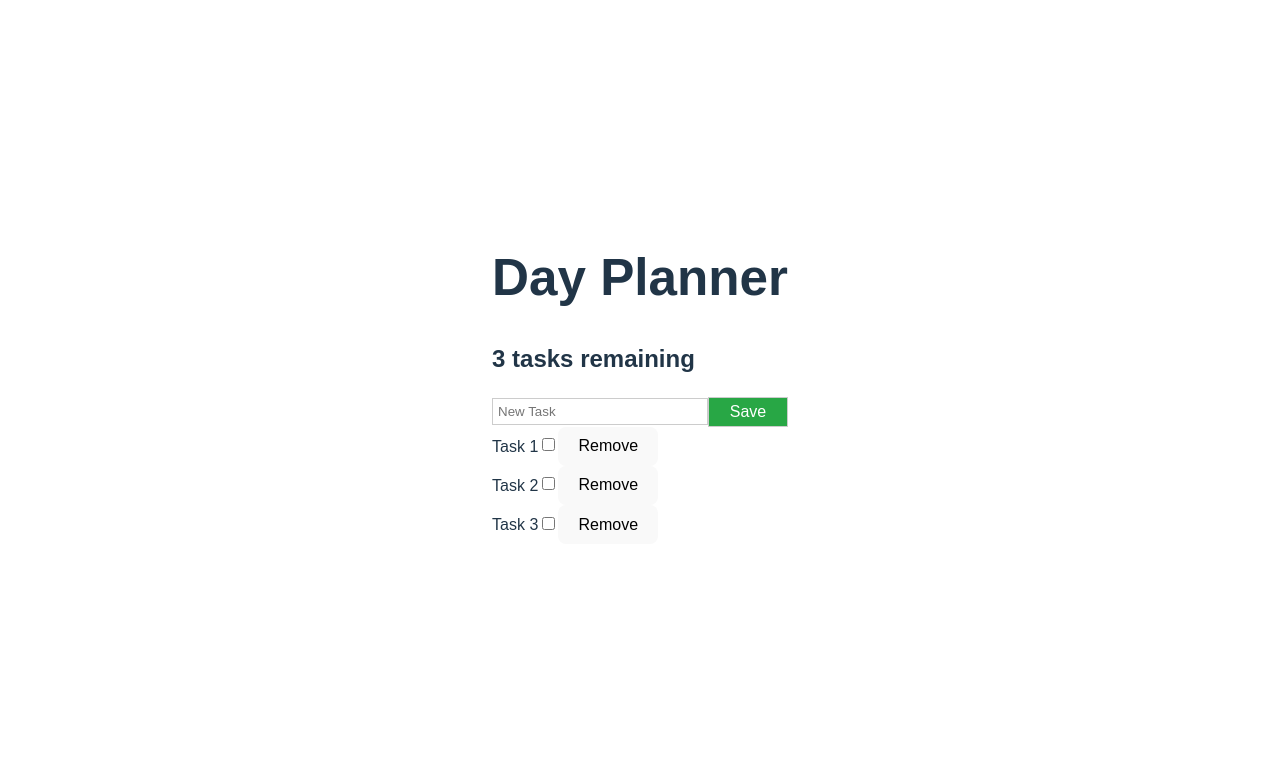
Repository: GavinPahal/lab5
Page: /
An editor plug-in stored every save of this project. The page is shown before and after the next save, followed by the edit.
The browser window is 1280 px wide. The pictures show the whole page.
The project was rebuilt for these pictures with package versions that can differ from the ones it lists, and the page was loaded fresh each time. Also part of the build but not shown: vite.config.js.

Above is the page before, as saved 2024-10-11 18:05:58.

### src/App.jsx
// src/App.jsx
import React, { useState } from 'react';
import Header from '../components/Header';
import TaskForm from '../components/TaskForm';
import TaskList from '../components/TaskList';
import './App.css';

function App() {
  const [tasks, setTasks] = useState([
    { id: 1, name: "Task 1", isCompleted: false },
    { id: 2, name: "Task 2", isCompleted: false },
    { id: 3, name: "Task 3", isCompleted: false },
  ]);

  const addTask = (name) => {
    setTasks([...tasks, { id: Date.now(), name, isCompleted: false }]);
  };

  const toggleComplete = (id) => {
    setTasks(
      tasks.map((task) =>
        task.id === id ? { ...task, isCompleted: !task.isCompleted } : task
      )
    );
  };

  const deleteTask = (id) => {
    setTasks(tasks.filter((task) => task.id !== id));
  };

  const pendingTasksCount = tasks.filter((task) => !task.isCompleted).length;

  return (
    <div className="app">
      <Header pendingTasksCount={pendingTasksCount} />
      <TaskForm addTask={addTask} />
      <TaskList
        tasks={tasks}
        toggleComplete={toggleComplete}
        deleteTask={deleteTask}
      />
    </div>
  );
}

export default App;

### components/Header.jsx
// components/Header.jsx
import React from 'react';

function Header({ pendingTasksCount }) {
  return (
    <header>
      <h1>Day Planner</h1>
      <h2>{pendingTasksCount} tasks remaining</h2>
    </header>
  );
}

export default Header;

### components/TaskForm.jsx
// components/TaskForm.jsx
import React, { useState } from 'react';

function TaskForm({ addTask }) {
  const [taskName, setTaskName] = useState('');

  const handleSubmit = (e) => {
    e.preventDefault();
    if (taskName.trim() !== '') {
      addTask(taskName);
      setTaskName('');
    }
  };

  return (
    <form onSubmit={handleSubmit} style={{ display: 'flex', alignItems: 'center', width: '100%' }}>
      <input
        type="text"
        placeholder="New Task"
        value={taskName}
        onChange={(e) => setTaskName(e.target.value)}
        style={{
          flex: 1, // Take remaining space
          marginRight: '0', // No margin to make button flush with input
          padding: '5px', // Padding for input
          borderRadius: '0', // No rounded edges
          border: '1px solid #ccc', // Light border for visibility
        }}
      />
      <button type="submit" className="save" style={{ padding: '5px', borderRadius: '0' }}>
        Save
      </button>
    </form>
  );
}

export default TaskForm;

### components/TaskList.jsx
// components/TaskList.jsx
import React from 'react';
import Task from './Task';

function TaskList({ tasks, toggleComplete, deleteTask }) {
  return (
    <div>
      {tasks.map((task) => (
        <Task
          key={task.id}
          task={task}
          toggleComplete={toggleComplete}
          deleteTask={deleteTask}
        />
      ))}
    </div>
  );
}

export default TaskList;

### src/App.css
/* src/App.css */
body {
  font-family: sans-serif;
  margin: 0;
  padding: 20px;
  display: flex; /* Use Flexbox for centering */
  justify-content: center; /* Center horizontally */
  align-items: center; /* Center vertically */
  height: 100vh; /* Full height for vertical centering */
}

.app {
  background-color: #fff;
  padding: 10px;
  border-radius: 5px; /* Keep this if you want rounded corners */
}

button.save {
  background-color: #28a745; /* Green color */
  color: white;
  border: 1px solid #ccc; /* Light border for visibility */
  cursor: pointer;
  width: 80px; /* Ensure fixed width for consistency */
}

button.save:hover {
  background-color: #218838; /* Darker green on hover */
}

### components/Task.jsx
// components/Task.jsx
import React from 'react';

function Task({ task, toggleComplete, deleteTask }) {
  return (
    <div className={`task ${task.isCompleted ? 'completed' : ''}`}>
      <span>{task.name}</span>
      <input
        type="checkbox"
        checked={task.isCompleted}
        onChange={() => toggleComplete(task.id)}
      />
      <button onClick={() => deleteTask(task.id)} className="remove">Remove</button>
    </div>
  );
}

export default Task;

Loaded but not shown: index.html (common file); src/main.jsx (common file); src/index.css (common file)

After the next save:
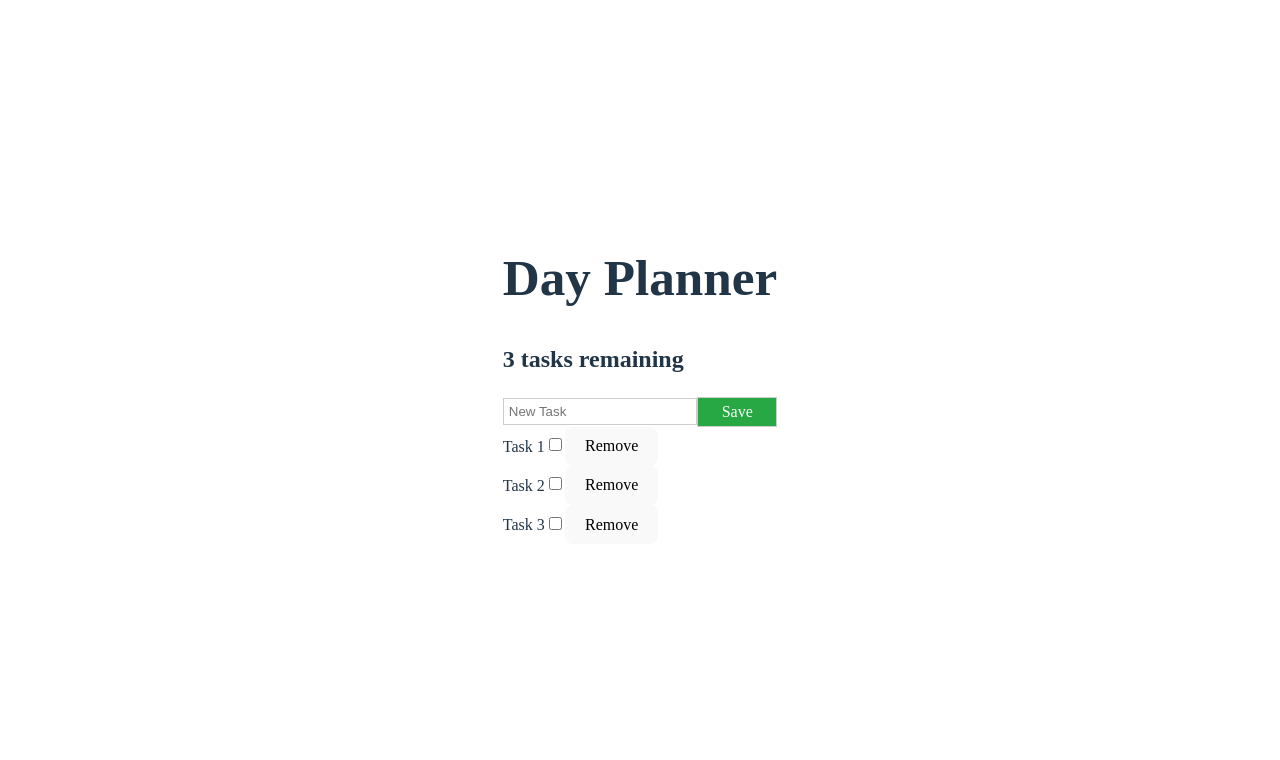
Saved 41 s later.
--- a/src/App.css
+++ b/src/App.css
@@ -1,6 +1,6 @@
 /* src/App.css */
 body {
-  font-family: sans-serif;
+  font-family: 'Times New Roman', Times, serif;
   margin: 0;
   padding: 20px;
   display: flex; /* Use Flexbox for centering */
